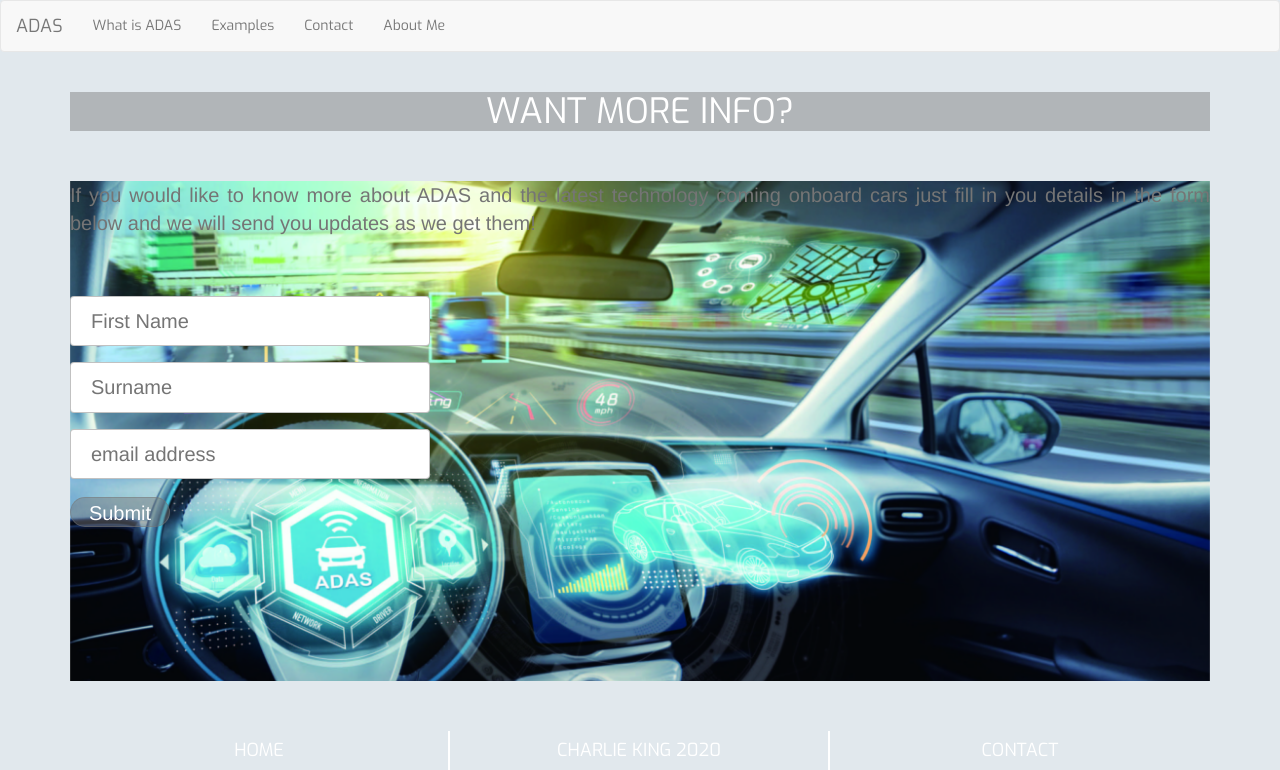
Repository: Cha-K28/First-Milestone-Project
Page: contact.html
The author's editor kept a record of every edit. The page is drawn from the files as they stood at one moment, then again after the next edit.
The browser window is 1280 px wide. The pictures show the whole page.

Above is the page before.

After the next edit:
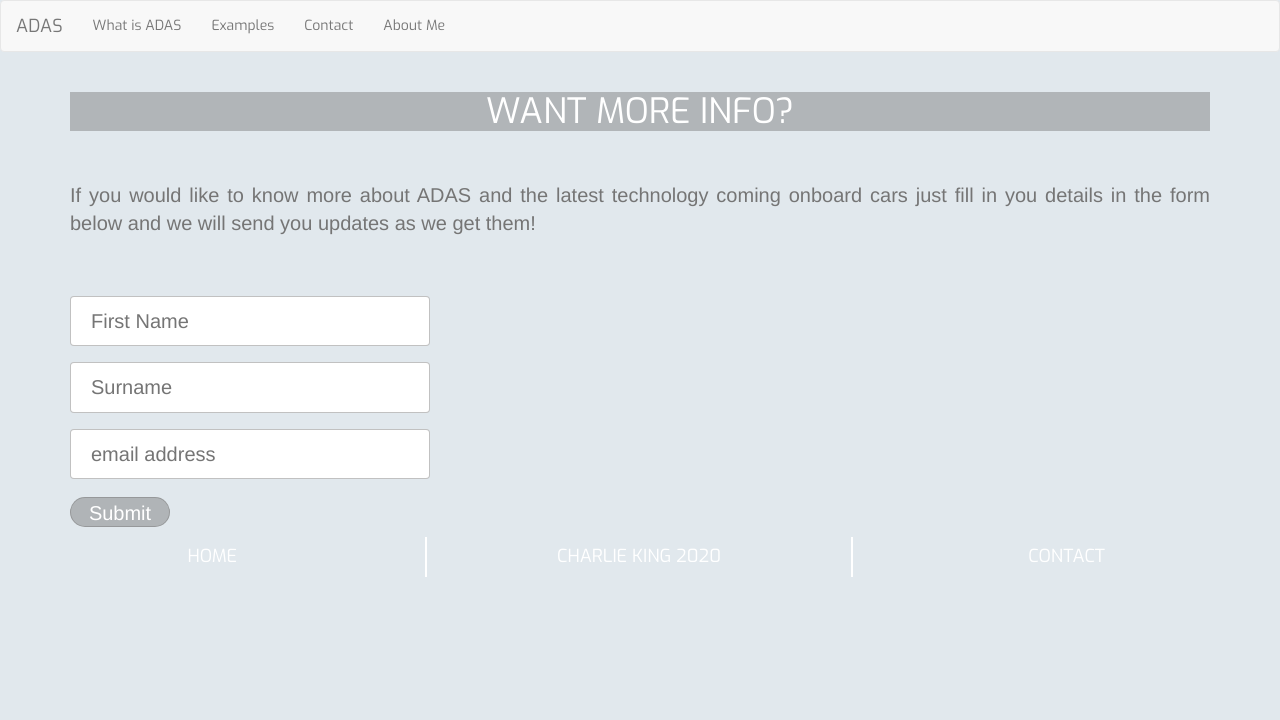
The edit:
--- a/contact.html
+++ b/contact.html
@@ -19,21 +19,29 @@
         <nav class="navbar navbar-default">
             <div class="container-fluid">
                 <div class="navbar-header">
+
+                    <button type="button" class="navbar-toggle" data-toggle="collapse" data-target="#myNavbar">
+                        <span class="icon-bar"></span>
+                        <span class="icon-bar"></span>
+                        <span class="icon-bar"></span>
+                    </button>
+
                     <a class="navbar-brand" href="index.html">ADAS</a>
                 </div>
+                <div class="collapse navbar-collapse" id="myNavbar">
                 <ul class="nav navbar-nav">
                     <li><a href="what_is_adas.html">What is ADAS</a></li>
                     <li><a href="examples.html">Examples</a></li>
                     <li><a href="contact.html">Contact</a></li>
                     <li><a href="about_me.html">About Me</a></li>
                 </ul>
-            </div>
+             </div>
         </nav>
     </header>
     <!-- End header  -->
     <div class="container">
         <H1>Want More Info?</H1>
-        <div class="background-image">
+
             <p>
                 If you would like to know more about ADAS and the latest technology coming onboard cars just fill in you details in the form below and we will send you updates as we get them!
             </p>
